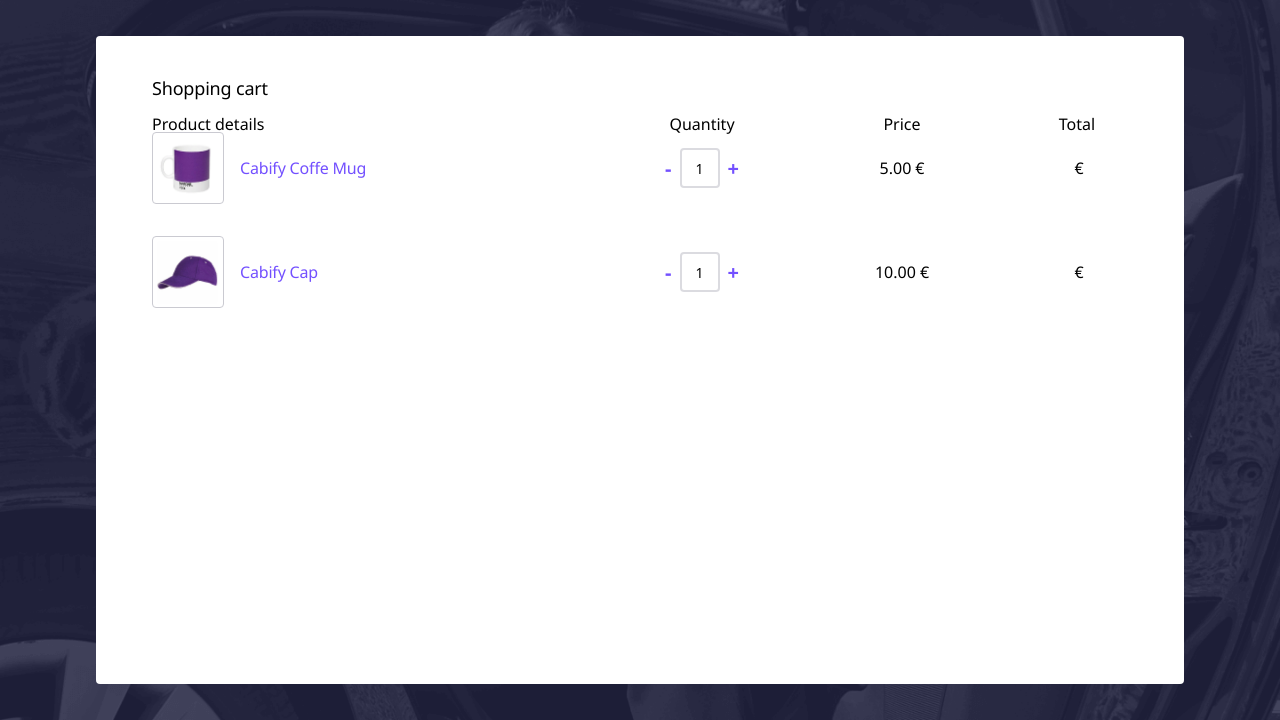
Repository: banchiec/challengecbfy
Page: /
An editor plug-in stored every save of this project. The page is shown before and after the next save, followed by the edit.
The browser window is 1280 px wide. The pictures show the whole page.
The project was rebuilt for these pictures with package versions that can differ from the ones it lists, and the page was loaded fresh each time. Also part of the build but not shown: craco.config.js.

Above is the page before, as saved 2021-12-08 18:19:17.

After the next save:
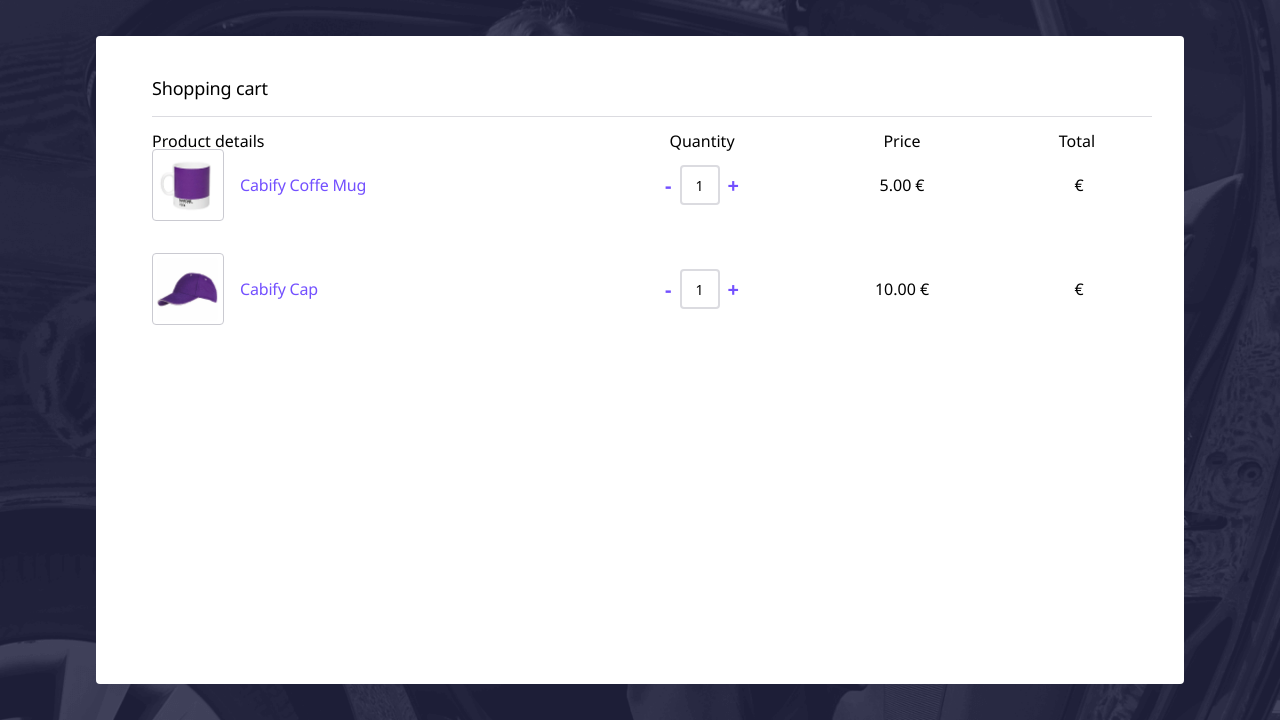
Saved 12 s later.
--- a/src/components/shoppingCart/ShoppingCart.js
+++ b/src/components/shoppingCart/ShoppingCart.js
@@ -7,7 +7,7 @@
     const { items, scan, cost } = props
     return (
         <section className="products">
-            <h1 className="">Shopping cart</h1>
+            <h1 className="main">Shopping cart</h1>
             <ul className="mt-4">
                 <li className="products-list-title row">
                     <div className="col-product">Product details</div>
